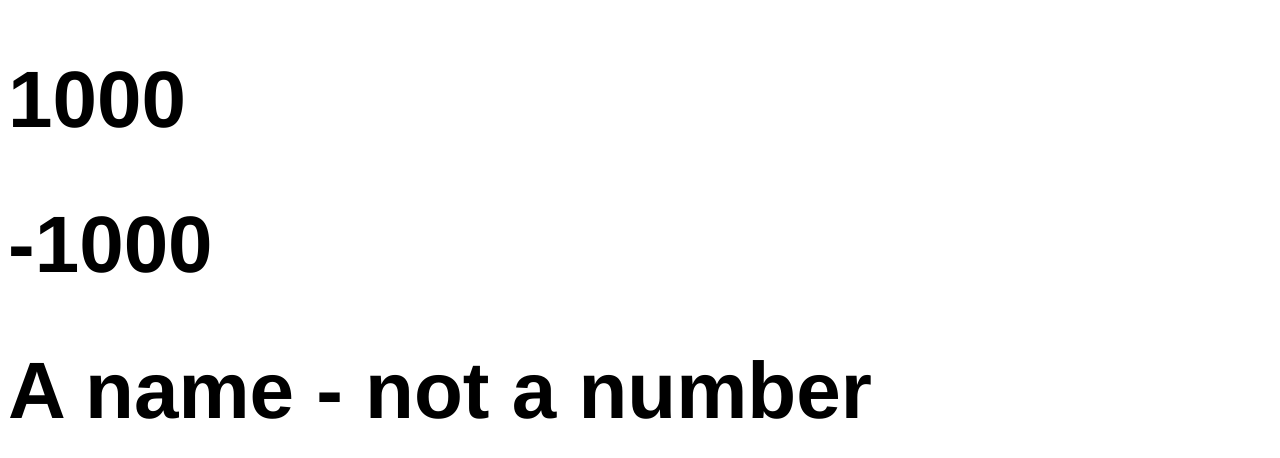
Repository: sammkrt/saltPrecourse
Page: jsDom-trainingGround/eventsInTheDom.html
These files come from the project's save history. The page is drawn as it stood at one moment and after the next save; the edit follows.
The browser window is 1280 px wide. The pictures show the whole page.

Above is the page before, as saved 2022-12-23 17:49:46.
Console error: ReferenceError: addResultStyling is not defined

### jsDom-trainingGround/eventsInTheDom.html
<!DOCTYPE html>
<html lang="en">
<head>
    <meta charset="UTF-8">
    <meta http-equiv="X-UA-Compatible" content="IE=edge">
    <meta name="viewport" content="width=device-width, initial-scale=1.0">
    <title>eventsInTheDom</title>
    <style>
        .mainResult{
            font-family: 'Franklin Gothic Medium', 'Arial Narrow', Arial, sans-serif;
            font-size: 80px;
        }
        .negativeResult{
            background-color: red;
            color: white;
        }
        .positiveResult {
            background-color: green;
            color: white;
        }
    </style>
    <script>
        addResultStyling()
    </script>


    <script>
        function AddStyleBasedOfContent(element,content)
        {
            const convertedNumber = Number(content);
            if (Number.isNaN(convertedNumber)) {
                return;
            }
            if (convertedNumber < 0) {
                element.classList.add('negativeResult')
                return;
            }
            element.classList.add('positiveResult');
        }

        function addResultStyling() {
            const mainResultElements = document.querySelectorAll('.mainResult');

            for (let i = 0; i < mainResultElements.length; i++) {
                const content = mainResultElements[i].textContent;

                AddStyleBasedOfContent(mainResultElements[i],content);
            }
        }
    </script>

</head>
<body>
    <main>
        <h1 class="mainResult">1000</h1>
        <h1 class="mainResult">-1000</h1>
        <h1 class="mainResult"> A name - not a number</h1>
    </main>

</body>
</html>

After the next save:
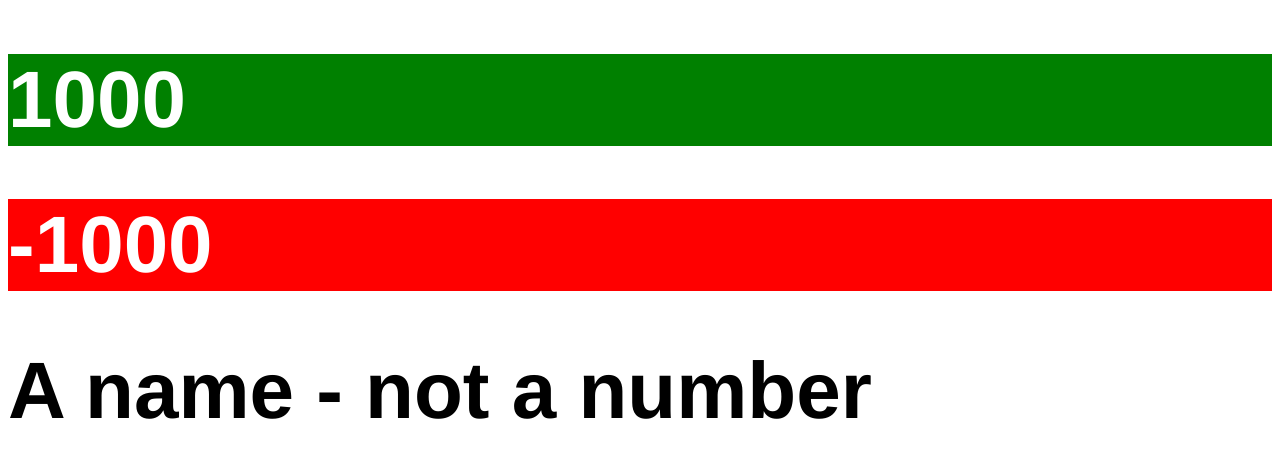
The error is gone.
Saved 32 s later.
--- a/jsDom-trainingGround/eventsInTheDom.html
+++ b/jsDom-trainingGround/eventsInTheDom.html
@@ -19,11 +19,6 @@
             color: white;
         }
     </style>
-    <script>
-        addResultStyling()
-    </script>
-
-
     <script>
         function AddStyleBasedOfContent(element,content)
         {
@@ -56,6 +51,8 @@
         <h1 class="mainResult">-1000</h1>
         <h1 class="mainResult"> A name - not a number</h1>
     </main>
-
+    <script>
+        addResultStyling()
+    </script>
 </body>
 </html>
